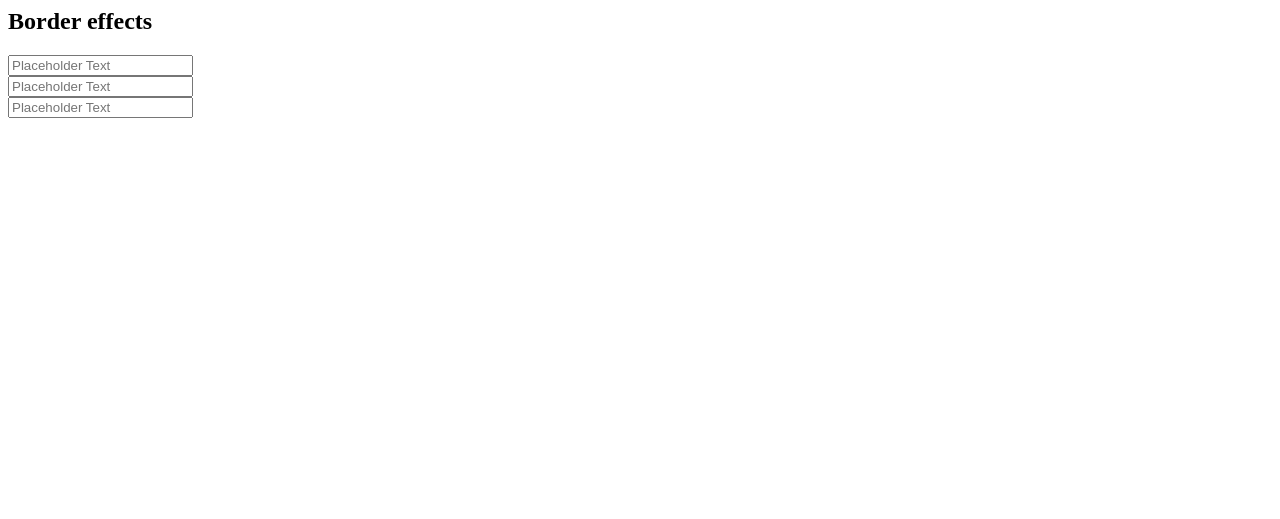
Repository: EmmanuelKeifala/Hackathon
Page: http://localhost/upload/
An editor plug-in stored every save of this project. The page is shown before and after the next save, followed by the edit.
The browser window is 1280 px wide. The pictures show the whole page.
The page is served by the project's application, run on Django 3.2 (manage.py). Other server files are loaded and not shown.

Above is the page before, as saved 2022-10-29 02:48:04.

### users/templates/users/upload.html
{% comment %} {% load static %}
<link rel="stylesheet" href="{% static 'css/main.css' %}" />
<form method="POST" action="{% url 'upload'%}" entypr="multipart/form-data">
  {% csrf_token %}
  <ul
    class="contactList d-flex flex-lg-column gap-2"
    style="list-style: none; padding: 1.1rem"
  >
    <li id="number_of_sales" class="contact p-lg-2">
      {{ form.number_of_sales }}
    </li>
    <li id="revenue" class="contact">{{ form.revenue }}</li>
    <li id="number_of_customers" class="contact">
      {{ form.number_of_customers }}
    </li>
    <li id="year" class="contact">{{ form.year }}</li>
  </ul>
  <input type="submit" value="Send Data to DataBase" />
</form>
{% endcomment %}
<div class="row">
  <div class="container">
    <h2>Border effects</h2>
    <div class="col-3">
      <input class="effect-1" type="text" placeholder="Placeholder Text" />
      <span class="focus-border"></span>
    </div>

    <div class="col-3">
      <input class="effect-8" type="text" placeholder="Placeholder Text" />
      <span class="focus-border">
        <i></i>
      </span>
    </div>
    <div class="col-3">
      <input class="effect-9" type="text" placeholder="Placeholder Text" />
      <span class="focus-border">
        <i></i>
      </span>
    </div>
  </div>
</div>

### users/views.py
from django.shortcuts import render, redirect
from django.contrib.auth.forms import UserCreationForm
from .forms import UserRegisterForm
from .forms import BusinessData
from django.contrib import messages
from django.contrib.auth.decorators import login_required


def home(request):
    return render(request, 'users/home.html')


def generalusers_home(request):
    return render(request, "users/home.html")


def Analyst_home(request):
    return render(request, "users/home.html")


def upload(request):
    if request.POST:
        form = BusinessData(request.POST)
        print(request.POST)
        if form.is_valid():
            form.save()
        return redirect("/")
    return render(request, "users/upload.html", {'form': BusinessData})


def register(request):
    if request.method == "POST":
        form = UserRegisterForm(request.POST)
        if form.is_valid():
            form.save()
            username = form.cleaned_data.get('username')
            messages.success(
                request, f'Hi {username}, your account was created successfully')
            return redirect('home')
    else:
        form = UserRegisterForm()

    return render(request, 'users/register.html', {'form': form})


@login_required()
def profile(request):
    return render(request, 'users/profile.html')

### authsysproject/urls.py
"""authsysproject URL Configuration

The `urlpatterns` list routes URLs to views. For more information please see:
    https://docs.djangoproject.com/en/3.2/topics/http/urls/
Examples:
Function views
    1. Add an import:  from my_app import views
    2. Add a URL to urlpatterns:  path('', views.home, name='home')
Class-based views
    1. Add an import:  from other_app.views import Home
    2. Add a URL to urlpatterns:  path('', Home.as_view(), name='home')
Including another URLconf
    1. Import the include() function: from django.urls import include, path
    2. Add a URL to urlpatterns:  path('blog/', include('blog.urls'))
"""
from django.contrib import admin
from django.urls import path, include

urlpatterns = [
    path('admin/', admin.site.urls),
    path('', include('users.urls'))
]

### users/urls.py
from django.urls import path
from . import views
from django.contrib.auth import views as auth_view

urlpatterns = [
    path('', views.home, name='home'),
    path('register/', views.register, name='register'),
    path('profile/', views.profile, name='profile'),
    path("upload/", views.upload, name="upload"),
    path('Analyst_home/', views.Analyst_home, name='Analyst_home'),
    path('generalusers_home/', views.generalusers_home, name='generalusers_home'),
    path('login/', auth_view.LoginView.as_view(template_name='users/login.html'), name="login"),
    path('logout/', auth_view.LogoutView.as_view(template_name='users/logout.html'), name="logout"),
]

After the next save:
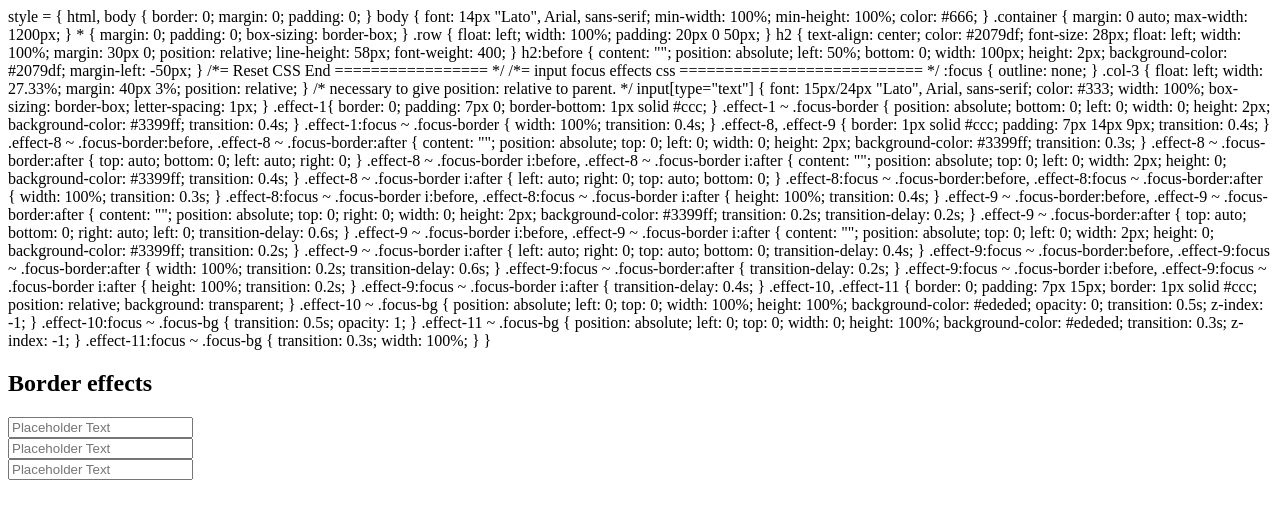
Saved 52 s later.
--- a/users/templates/users/upload.html
+++ b/users/templates/users/upload.html
@@ -17,7 +17,56 @@
   </ul>
   <input type="submit" value="Send Data to DataBase" />
 </form>
-{% endcomment %}
+{% endcomment %} style = { html, body { border: 0; margin: 0; padding: 0; } body
+{ font: 14px "Lato", Arial, sans-serif; min-width: 100%; min-height: 100%;
+color: #666; } .container { margin: 0 auto; max-width: 1200px; } * { margin: 0;
+padding: 0; box-sizing: border-box; } .row { float: left; width: 100%; padding:
+20px 0 50px; } h2 { text-align: center; color: #2079df; font-size: 28px; float:
+left; width: 100%; margin: 30px 0; position: relative; line-height: 58px;
+font-weight: 400; } h2:before { content: ""; position: absolute; left: 50%;
+bottom: 0; width: 100px; height: 2px; background-color: #2079df; margin-left:
+-50px; } /*= Reset CSS End ================= */ /*= input focus effects css
+=========================== */ :focus { outline: none; } .col-3 { float: left;
+width: 27.33%; margin: 40px 3%; position: relative; } /* necessary to give
+position: relative to parent. */ input[type="text"] { font: 15px/24px "Lato",
+Arial, sans-serif; color: #333; width: 100%; box-sizing: border-box;
+letter-spacing: 1px; } .effect-1{ border: 0; padding: 7px 0; border-bottom: 1px
+solid #ccc; } .effect-1 ~ .focus-border { position: absolute; bottom: 0; left:
+0; width: 0; height: 2px; background-color: #3399ff; transition: 0.4s; }
+.effect-1:focus ~ .focus-border { width: 100%; transition: 0.4s; } .effect-8,
+.effect-9 { border: 1px solid #ccc; padding: 7px 14px 9px; transition: 0.4s; }
+.effect-8 ~ .focus-border:before, .effect-8 ~ .focus-border:after { content: "";
+position: absolute; top: 0; left: 0; width: 0; height: 2px; background-color:
+#3399ff; transition: 0.3s; } .effect-8 ~ .focus-border:after { top: auto;
+bottom: 0; left: auto; right: 0; } .effect-8 ~ .focus-border i:before, .effect-8
+~ .focus-border i:after { content: ""; position: absolute; top: 0; left: 0;
+width: 2px; height: 0; background-color: #3399ff; transition: 0.4s; } .effect-8
+~ .focus-border i:after { left: auto; right: 0; top: auto; bottom: 0; }
+.effect-8:focus ~ .focus-border:before, .effect-8:focus ~ .focus-border:after {
+width: 100%; transition: 0.3s; } .effect-8:focus ~ .focus-border i:before,
+.effect-8:focus ~ .focus-border i:after { height: 100%; transition: 0.4s; }
+.effect-9 ~ .focus-border:before, .effect-9 ~ .focus-border:after { content: "";
+position: absolute; top: 0; right: 0; width: 0; height: 2px; background-color:
+#3399ff; transition: 0.2s; transition-delay: 0.2s; } .effect-9 ~
+.focus-border:after { top: auto; bottom: 0; right: auto; left: 0;
+transition-delay: 0.6s; } .effect-9 ~ .focus-border i:before, .effect-9 ~
+.focus-border i:after { content: ""; position: absolute; top: 0; left: 0; width:
+2px; height: 0; background-color: #3399ff; transition: 0.2s; } .effect-9 ~
+.focus-border i:after { left: auto; right: 0; top: auto; bottom: 0;
+transition-delay: 0.4s; } .effect-9:focus ~ .focus-border:before,
+.effect-9:focus ~ .focus-border:after { width: 100%; transition: 0.2s;
+transition-delay: 0.6s; } .effect-9:focus ~ .focus-border:after {
+transition-delay: 0.2s; } .effect-9:focus ~ .focus-border i:before,
+.effect-9:focus ~ .focus-border i:after { height: 100%; transition: 0.2s; }
+.effect-9:focus ~ .focus-border i:after { transition-delay: 0.4s; } .effect-10,
+.effect-11 { border: 0; padding: 7px 15px; border: 1px solid #ccc; position:
+relative; background: transparent; } .effect-10 ~ .focus-bg { position:
+absolute; left: 0; top: 0; width: 100%; height: 100%; background-color: #ededed;
+opacity: 0; transition: 0.5s; z-index: -1; } .effect-10:focus ~ .focus-bg {
+transition: 0.5s; opacity: 1; } .effect-11 ~ .focus-bg { position: absolute;
+left: 0; top: 0; width: 0; height: 100%; background-color: #ededed; transition:
+0.3s; z-index: -1; } .effect-11:focus ~ .focus-bg { transition: 0.3s; width:
+100%; } }
 <div class="row">
   <div class="container">
     <h2>Border effects</h2>
